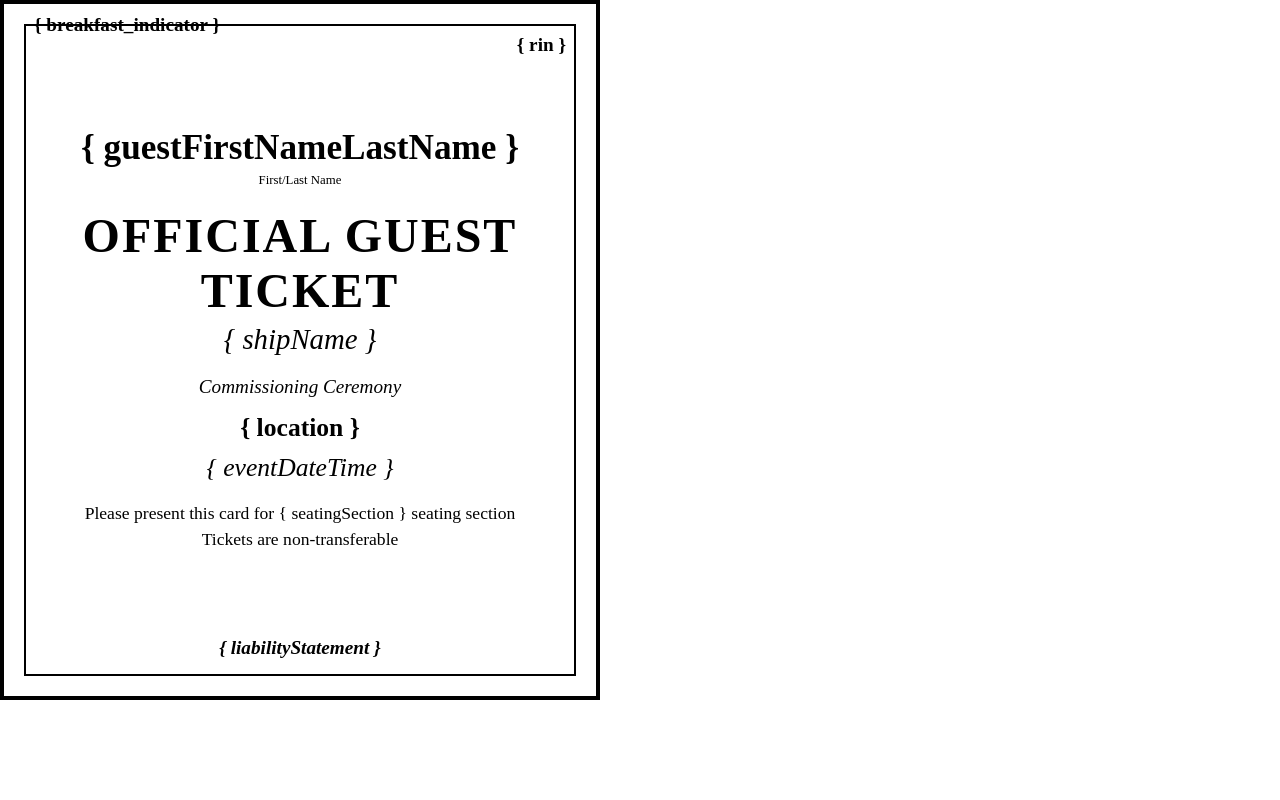
Repository: yaleevans/SabelWeasyPrintPDFLambda
Page: event_ticket_template.html
An editor plug-in stored every save of this project. The page is shown before and after the next save, followed by the edit.
The browser window is 1280 px wide. The pictures show the whole page.

Above is the page before, as saved 2025-10-21 09:31:54.

After the next save:
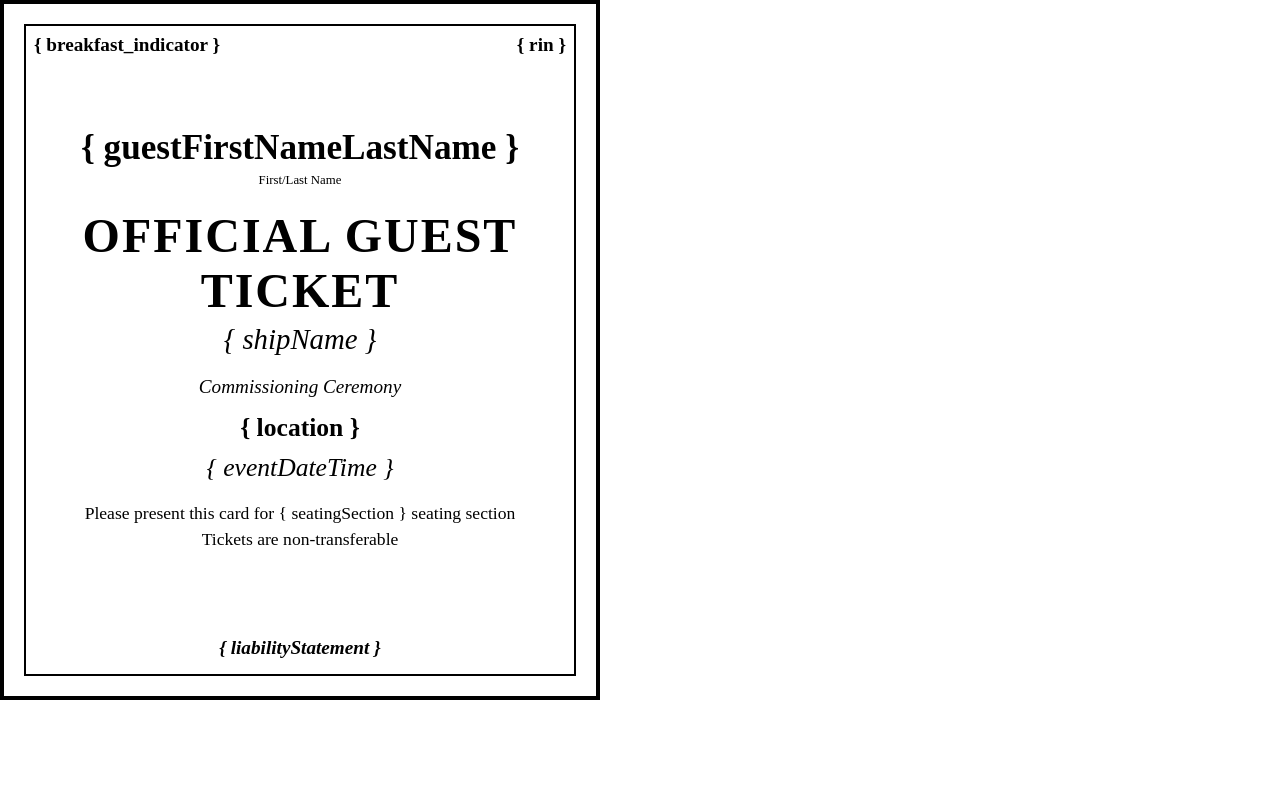
Saved 59 min 55 s later.
--- a/event_ticket_template.html
+++ b/event_ticket_template.html
@@ -69,7 +69,7 @@
          .breakfast-overlay {
             /* Position relative to .ticket-container */
             position: absolute;
-            top: 5px;
+            top: 25px;
             left: 25px;
             padding: 5px;
             font-size: 1.2em;
